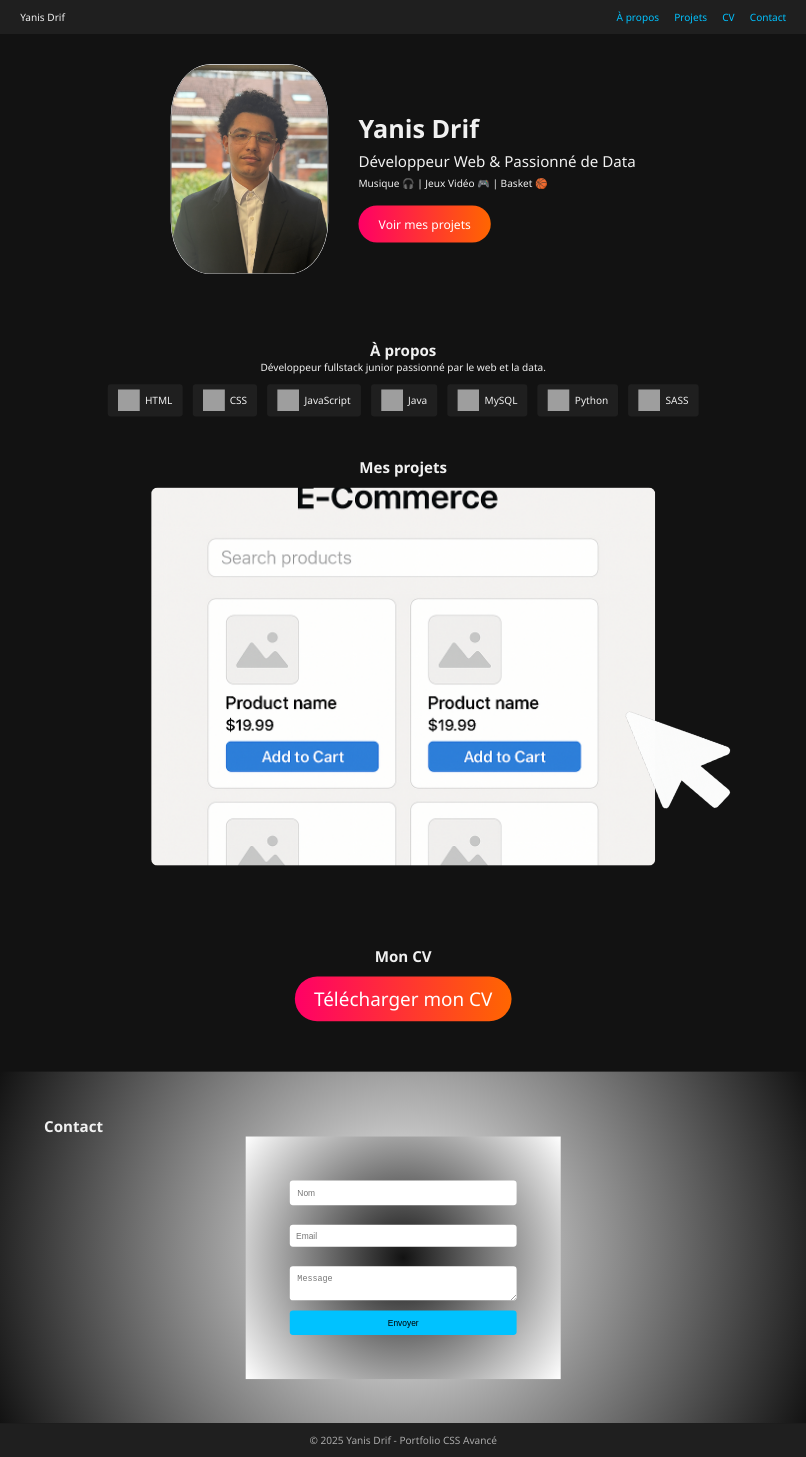
Repository: Yxniiss/ProjetCssAvance
Page: OneDrive/Bureau/Portfolio DrifYanis/home.html
These files come from the project's save history. The page is drawn as it stood at one moment and after the next save; the edit follows.
The browser window is 1280 px wide. The pictures show the whole page, at 63% of full size.
Pictures or frames that could not be fetched are drawn as grey boxes.

Above is the page before, as saved 2025-04-10 19:10:32.
Console error: TypeError: Cannot set properties of null (setting 'textContent')

After the next save:
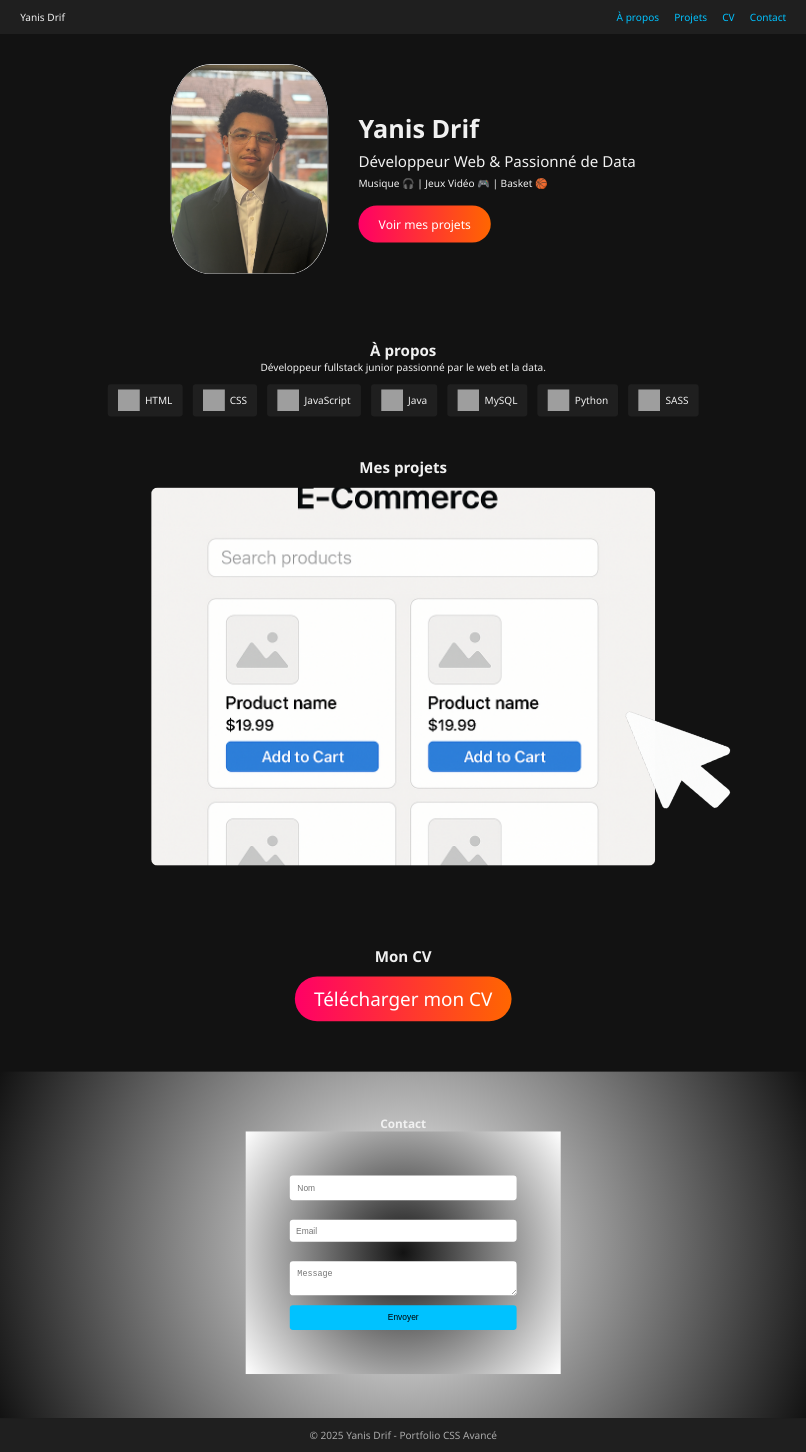
Saved 40 s later.
--- a/OneDrive/Bureau/Portfolio DrifYanis/home.html
+++ b/OneDrive/Bureau/Portfolio DrifYanis/home.html
@@ -61,8 +61,8 @@
     </div>
   </section>
 
-  <section id="contact" class="section_contact">
-    <h2>Contact</h2>
+  <section id="contact" class="section contact">
+    <h3>Contact</h3>
     <form class="contact-form">
       <input type="text" placeholder="Nom" required />
       <input type="email" placeholder="Email" required />

After the 3 saves that followed:
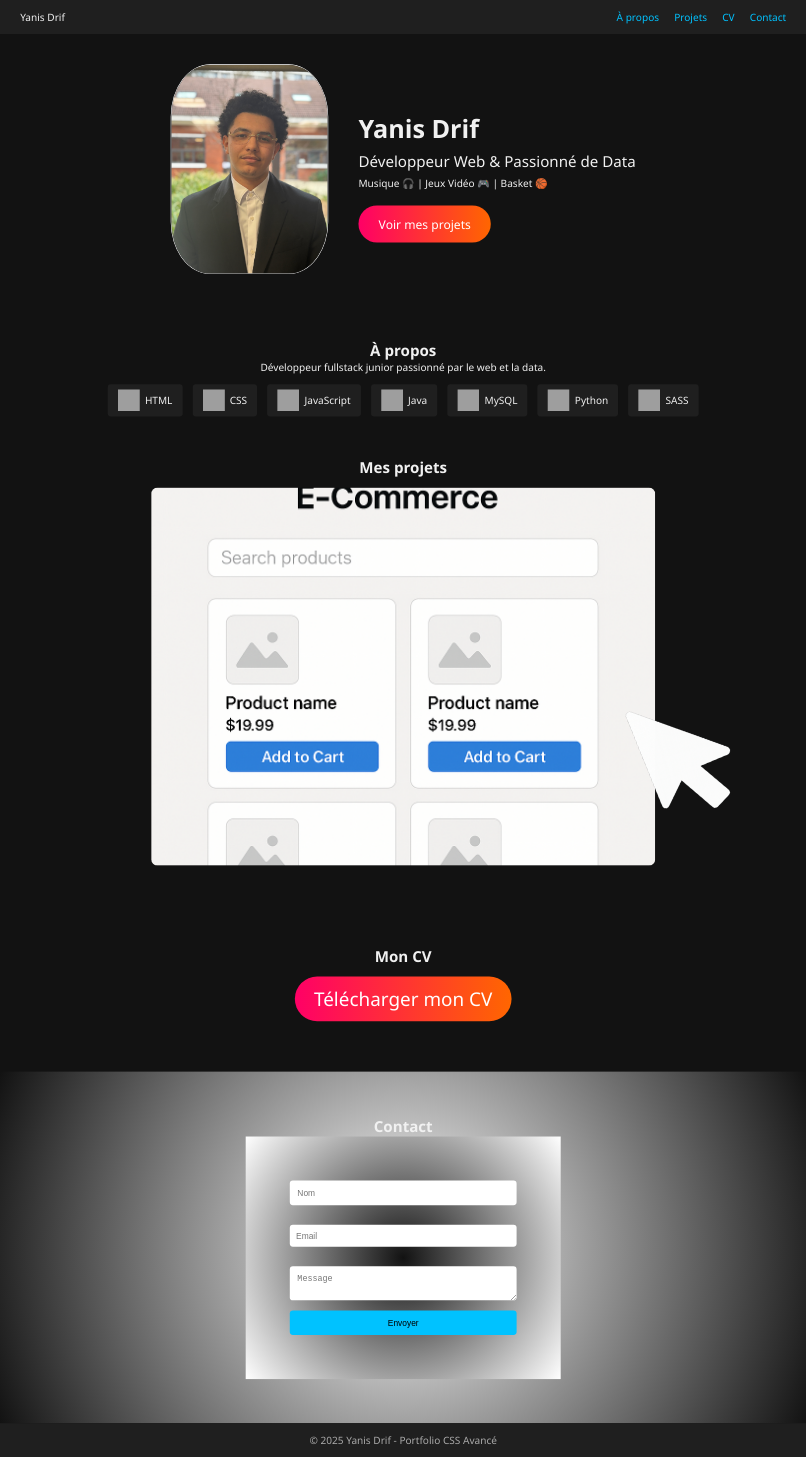
The 3 saves are shown as one change because 2 left the picture as it was.
The last was saved 3 min 41 s later.
--- a/OneDrive/Bureau/Portfolio DrifYanis/home.html
+++ b/OneDrive/Bureau/Portfolio DrifYanis/home.html
@@ -62,7 +62,7 @@
   </section>
 
   <section id="contact" class="section contact">
-    <h3>Contact</h3>
+    <h2>Contact</h2>
     <form class="contact-form">
       <input type="text" placeholder="Nom" required />
       <input type="email" placeholder="Email" required />
